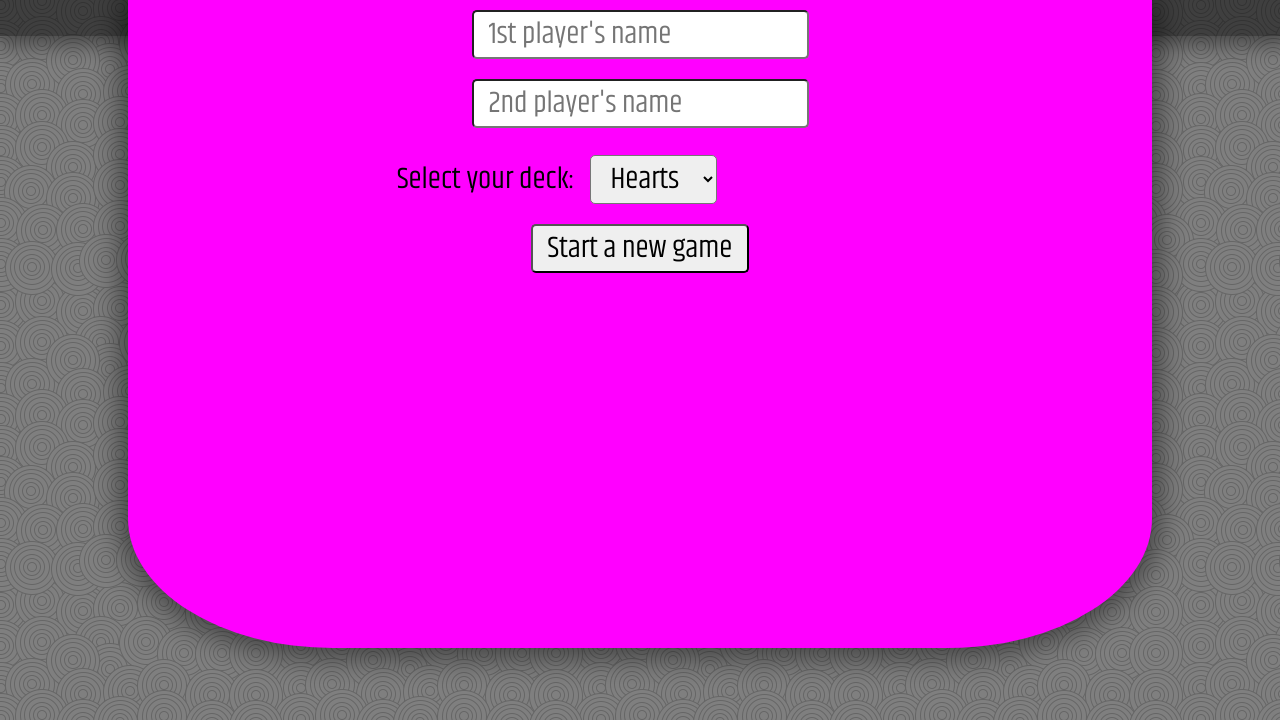
Repository: loragil/memory-game
Page: index.html
The author's editor kept a record of every edit. The page is drawn from the files as they stood at one moment, then again after the next edit.
The browser window is 1280 px wide. The pictures show the whole page.

Above is the page before.
Console error: SyntaxError: Unexpected token ')'

After the next edit:
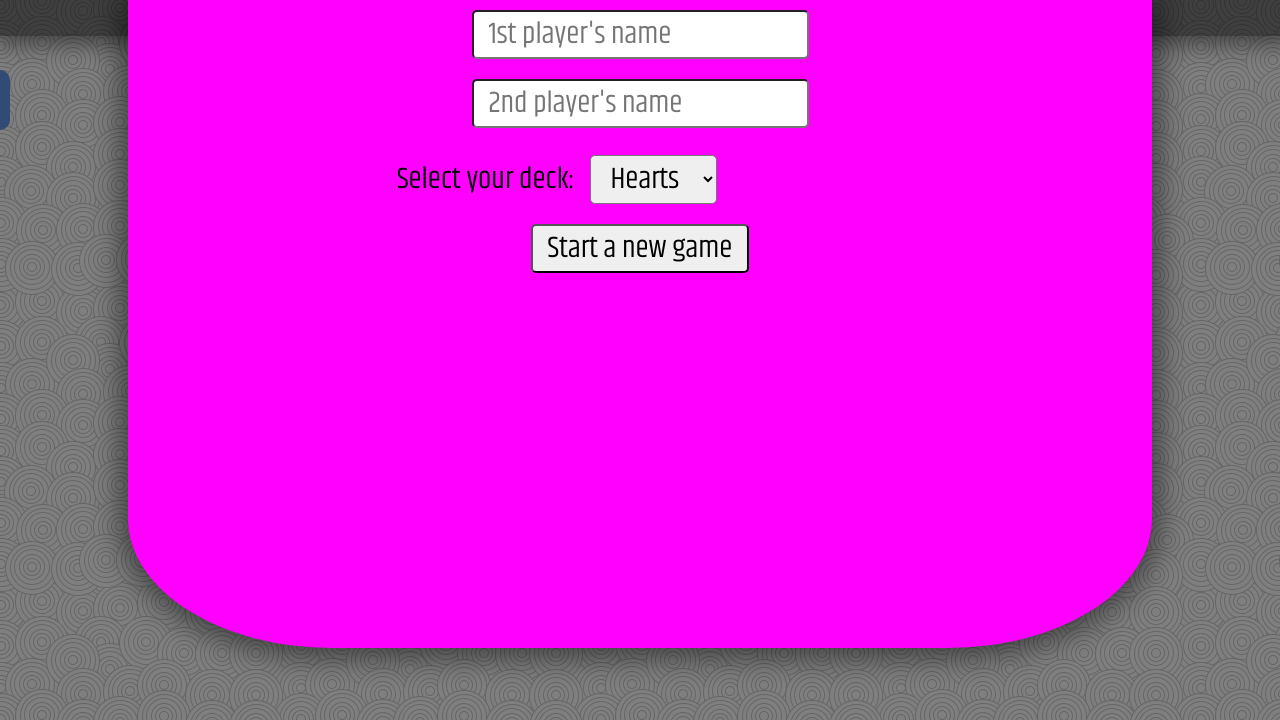
The edit:
--- a/css/game.css
+++ b/css/game.css
@@ -112,6 +112,18 @@
     display: inline-block;
     margin: 0 1rem;
 }
+.details .currentPlayer {
+    position: absolute;
+    left: -1rem;
+    top: 7rem;
+    height: 6rem;
+    background-color: cornflowerblue;
+    border-radius: 0 1rem 1rem 0;
+    text-align: center;
+    padding: 0 1rem;
+    line-height: 6.5rem;
+    font-size: 4.5rem;
+}
 #playerA,
 #playerB {
     position: absolute;
